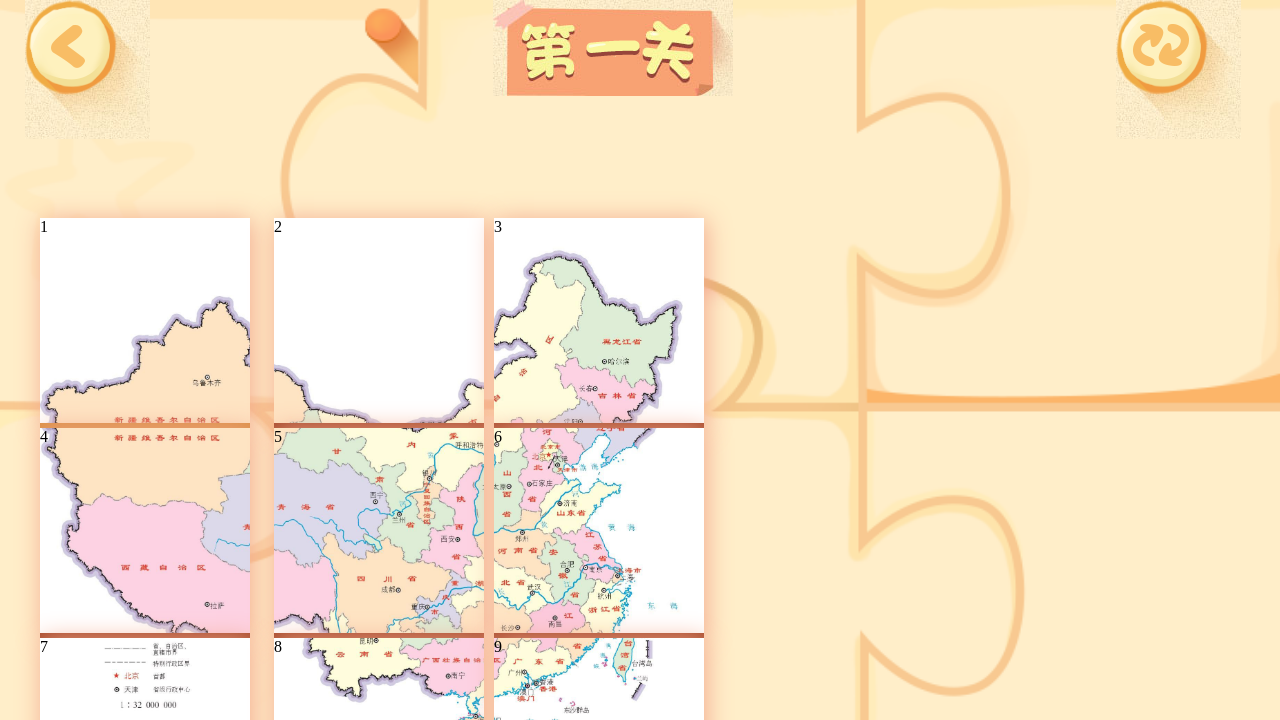
Repository: RedrockTeam/China-map-puzzle
Page: /#/second
These files come from the project's save history. The page is drawn as it stood at one moment and after the next save; the edit follows.
The browser window is 1280 px wide. The pictures show the whole page.
Some web fonts or font styles are not loaded; a fallback is used. The project was rebuilt for these pictures with package versions that can differ from the ones it lists, and the page was loaded fresh each time. Also part of the build but not shown: vue.config.js, src/network/request.js, src/views/home.vue, src/views/pass.vue, src/components/dialog.vue, src/views/first.vue.

Above is the page before, as saved 2019-09-25 10:00:27.

After the next save:
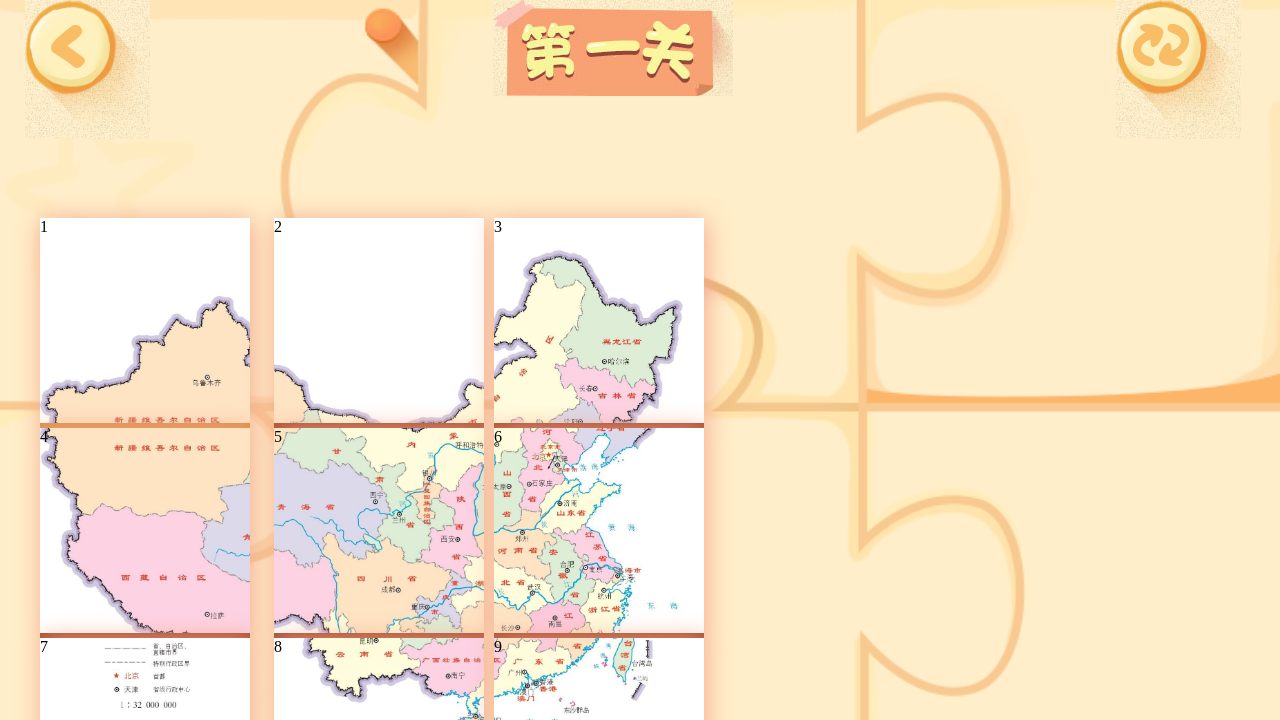
Saved 5 s later.
--- a/src/views/second.vue
+++ b/src/views/second.vue
@@ -234,7 +234,7 @@
     }
     .four {
       background-size: 350%;
-      background-position: 0 370px;
+      background-position: 0 380px;
       top: 250px;
     }
 
